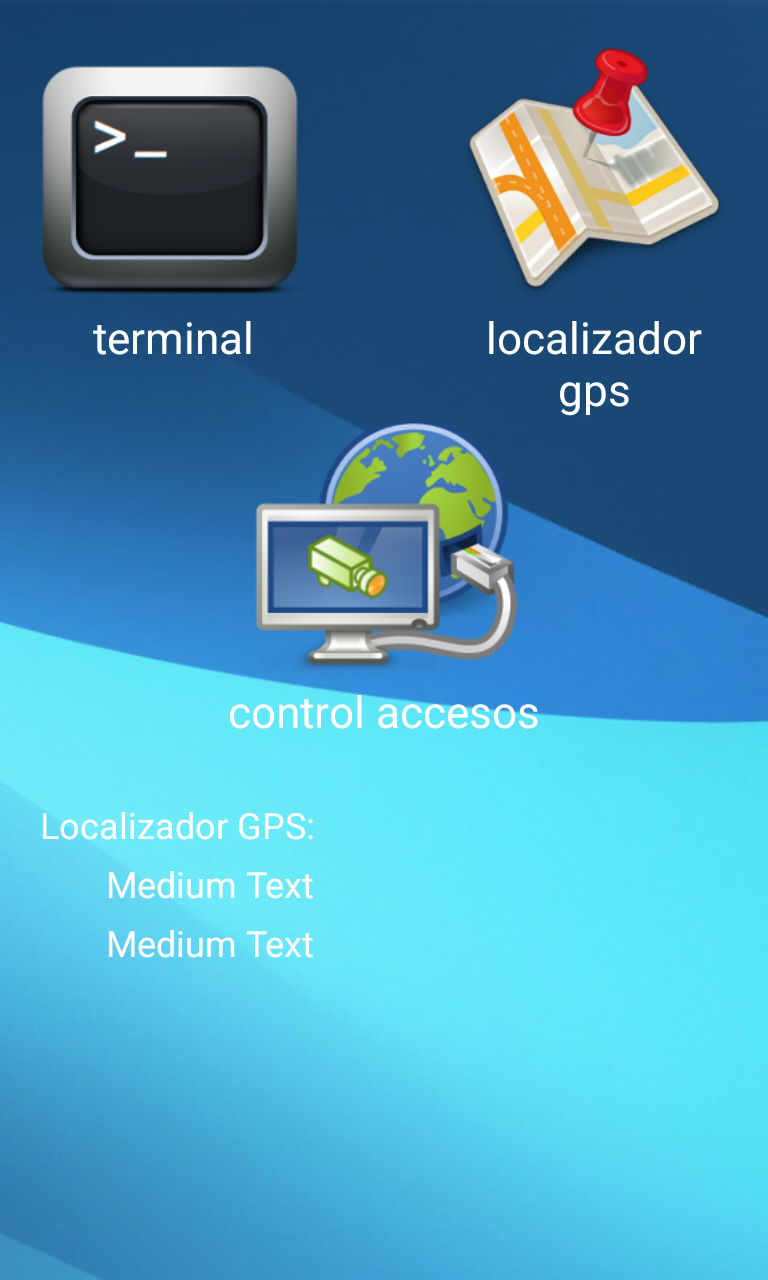
Repository: jonatansantos/Android-Server-Status
Layout: desarrollo/Principal/res/layout/main.xml
These files come from the project's save history. The layout is drawn as it stood at one moment and after the next save; the edit follows.
It is drawn on a 768 x 1280 px phone screen (xhdpi) without system bars, with theme android:Theme; the app's code is not run.

Above is the layout before, as saved 2012-06-01 12:08:35.

After the next save:
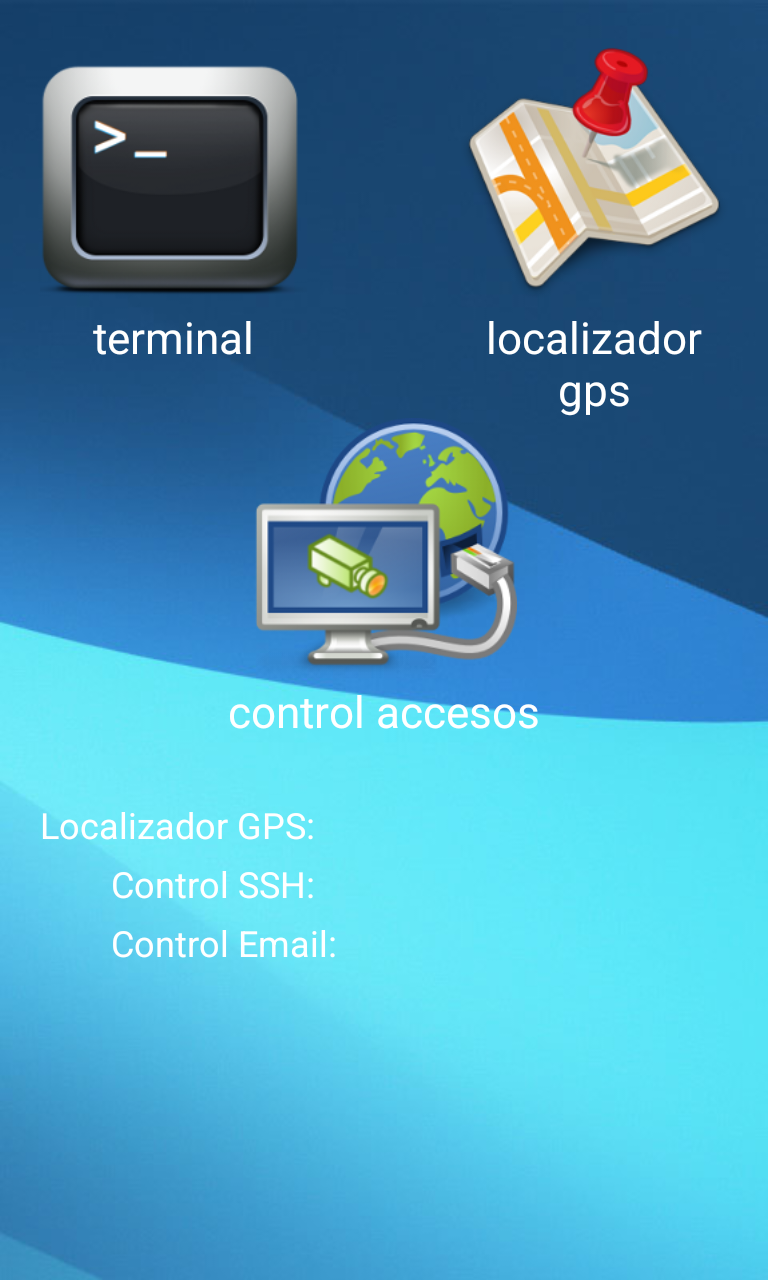
Saved 77 s later.
--- a/desarrollo/Principal/res/layout/main.xml
+++ b/desarrollo/Principal/res/layout/main.xml
@@ -97,7 +97,7 @@
         android:layout_alignRight="@+id/textView1"
         android:layout_below="@+id/textView1"
         android:layout_marginTop="5dp"
-        android:text="Medium Text"
+        android:text="Control SSH:"
         android:textAppearance="?android:attr/textAppearanceMedium" />
 
 
@@ -108,7 +108,7 @@
         android:layout_alignLeft="@+id/textView2"
         android:layout_below="@+id/textView2"
         android:layout_marginTop="5dp"
-        android:text="Medium Text"
+        android:text="Control Email:"
         android:textAppearance="?android:attr/textAppearanceMedium" />
 
 </RelativeLayout>
